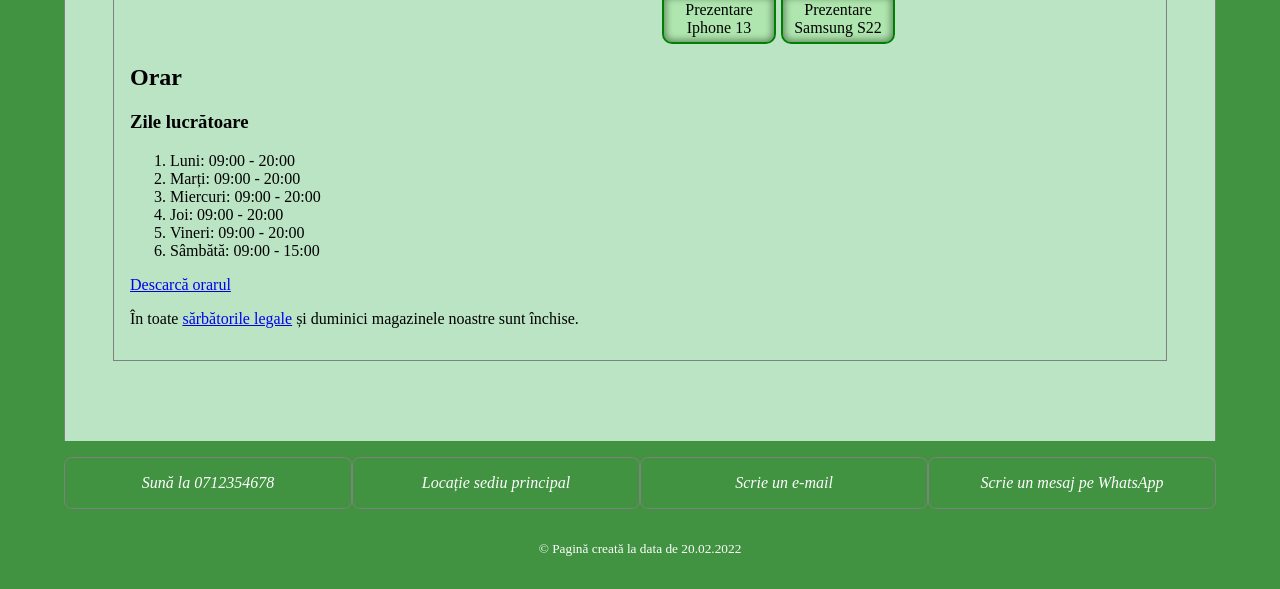
Repository: alexbanilean/Proiect-TW---ElectroHub
Page: index.html
An editor plug-in stored every save of this project. The page is shown before and after the next save, followed by the edit.
The browser window is 1280 px wide. The pictures show the part of the page from y = 3438 to 4027 px (the page is 4027 px tall).

Above is the page before, as saved 2022-03-06 19:20:56.

After the next save:
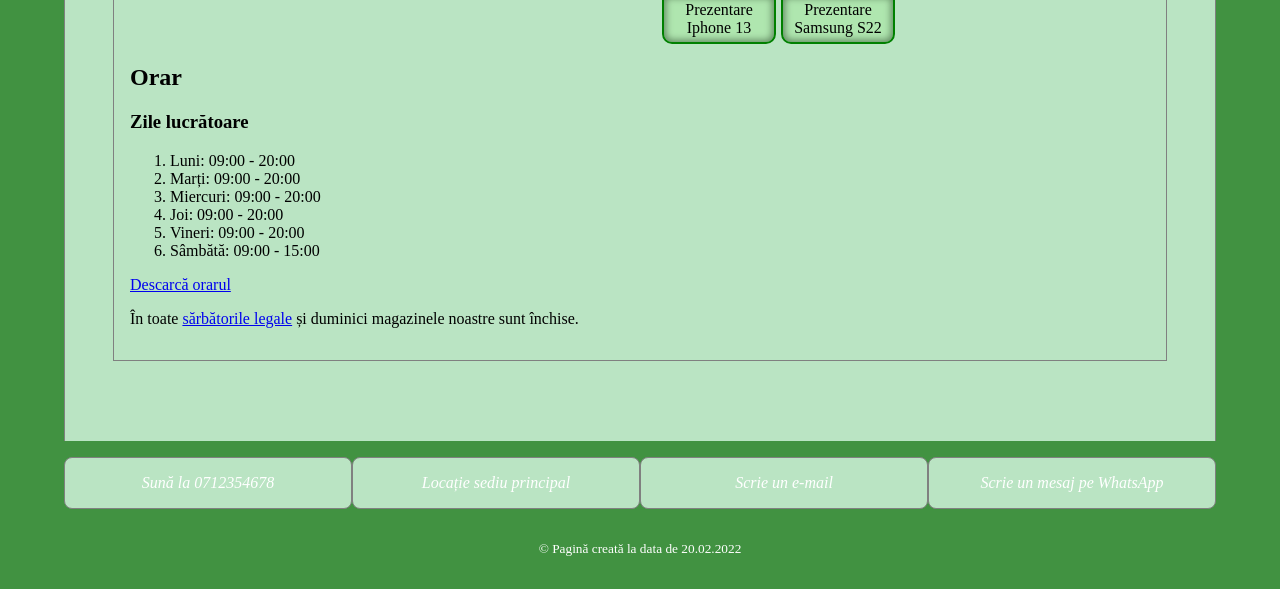
Saved 12 s later.
--- a/resurse/css/general.css
+++ b/resurse/css/general.css
@@ -122,7 +122,7 @@ footer>address{
 footer>address a{
     display: flex;
     text-decoration: none;
-    background-color: ;
+    background-color: rgb(186, 228, 195);
     color: white;
 
     justify-content: center;
